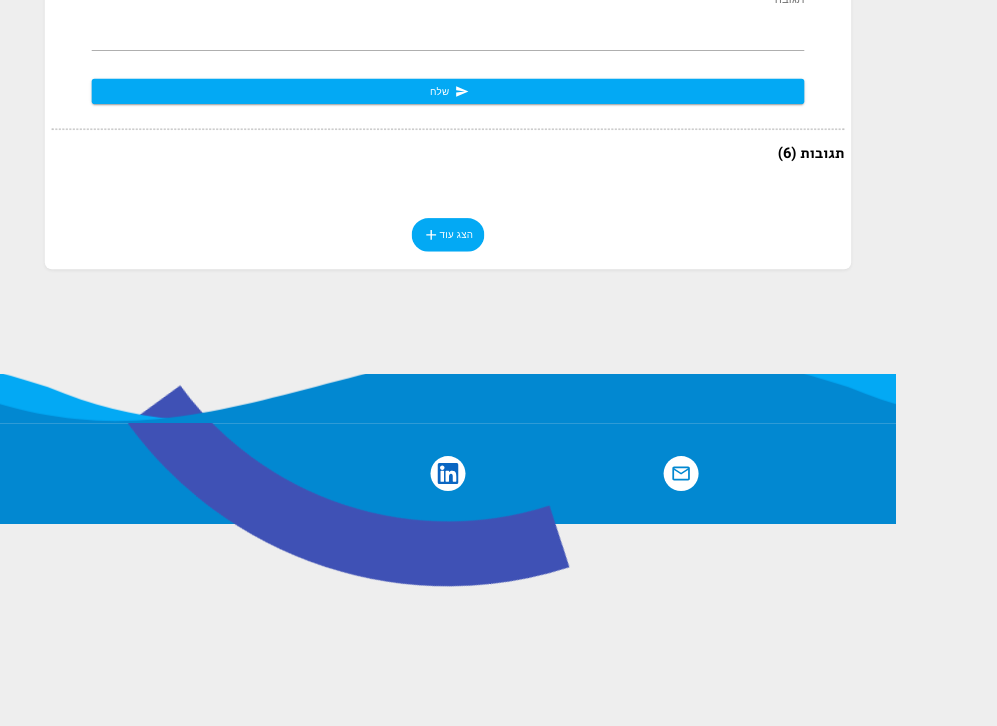
Repository: Ylan-sayada/blog-web-junior
Page: /article/1
An editor plug-in stored every save of this project. The page is shown before and after the next save, followed by the edit.
The browser window is 1280 px wide. The page is 1407 px wide, then 1424 px, so the pictures cover 1424 px, including what lies to the right of the window. The pictures show the part of the page from y = 892 to 2612 px (the page is 1929 px tall before and 2732 px after), at 70% of full size.
The project was rebuilt for these pictures with package versions that can differ from the ones it lists, and the page was loaded fresh each time. Also part of the build but not shown: src/common/mainComponents/Header.tsx, src/utils/isEmail.ts, src/common/vendorComponents/materialUi/input/NewsletterInput.tsx, src/utils/getRect.ts, src/common/mainComponents/Newsletter.tsx, src/common/components/ect/Img.tsx, src/common/components/ect/PreviewArticle.tsx, src/common/mainComponents/ArticleWidgetGenerator.tsx and 5 more.

Above is the page before, as saved 2021-06-04 12:07:15.

### src/App.tsx
import React from 'react';
import { BrowserRouter as Router } from "react-router-dom";
import Main from './common/mainComponents/Main';
import Nav from './common/mainComponents/Nav';
import CounterDay from './common/components/ect/CounterDay'
import Footer from './common/mainComponents/Footer';
import LangContext, { langData } from './utils/LangContext';
import './ressources/scss/index.scss';
import ScrollTop from './common/components/ect/ScrollTop';
function App() {
  let startTime = new Date(2021, 3, 25);
  return (
    <div className="App">
      <header className="App-header">
        <LangContext.Provider value={langData}>
          <Router>
            <ScrollTop />
            <CounterDay
              dateStart={startTime}
              foundWork={false}
            />
            <Nav />
            <Main />
            <Footer />
          </Router>
        </LangContext.Provider>
      </header>
    </div>
  );
}

export default App;

### src/common/mainComponents/Main.tsx
import React from 'react';
import Home from './Home';
import { Switch, Route } from "react-router-dom";
import Blog from './Blog';
import About from './About';
import Article from './Article';
export default function Main(): JSX.Element {

    return (
        <React.Fragment>
            <Switch>
                <Route exact path="/">
                    <Home />
                </Route>

                <Route path="/about">
                    <About />
                </Route>

                <Route path="/blog">
                    <Blog />
                </Route>
                <Route path="/article/:id" >
                    <Article />
                </Route>
            </Switch>
        </React.Fragment>
    )
}

### src/common/components/ect/CounterDay.tsx
import React from 'react'
import countDay from '../../../utils/countDay';

export default function CounterDay(props: { dateStart: Date, foundWork: boolean }) {
    let dayElapsed = countDay(props.dateStart);
    let classState = props.foundWork ? "green" : "yellow";
    //also if the mission is accomplished the counter will continue to count day.
    //to resolve this we should to stock the day that the mission is accomplished
    return (
        <div className={`counter-day ${classState}`}>
            <div>
                <p>{dayElapsed} <br /> <strong>{dayElapsed > 1 ? "ימים" : "יום"}</strong></p>
            </div>

            <div>
                <p dir="rtl">מצב המשימה העיקרית </p>
                <p className="bold">{props.foundWork ? "משימה הושלמה!" : "ממשיכים בהרפתקאות"} </p>
            </div>
        </div>
    )
}

### src/utils/LangContext.ts
import React from 'react'
const LangContext = React.createContext({});
export const langData = {
    "heb":{
        "Home":{
            "ArticleWidgetGenerator" :{
                    "latest":"פוסטים אחרונים",
                    "oldest" : "פוסטים ישנים",
                    "hotest" : "להיטים"
                }
        }
    },
    "eng":{
        "Home":{
            "ArticleWidgetGenerator" :{
                "latest":"פוסטים אחרונים",
                "oldest" : "פוסטים ישנים",
                "hotest" : "להיטים"
                }
        }
    }

};
export const LangProvider = LangContext.Provider;
export const LangConsumer = LangContext.Consumer;
export default LangContext;

### src/ressources/scss/index.scss
@import './helpers/variable.scss';
@import './base/reset.scss';
@import './helpers/fonctions';
@import './helpers/animations.scss';
@import './layout/header.scss';
@import './layout/nav.scss';
@import './layout/footer.scss';
@import './components/CounterDay.scss';
@import './components/RoundedIcone.scss';
@import './components/PreviewArticle.scss';
@import './components/socialIcones.scss';
@import './components/Newsletter.scss';
@import './components/TitleLine.scss';
@import './components/Img.scss';
@import './components/MiniPresentation.scss';
@import './components/Drawer.scss';
@import './components//Article.scss';
@import './base/generalConfig.scss';
@import './components/fineSep.scss';

### src/common/components/ect/ScrollTop.tsx
import { useEffect } from "react";
import { useLocation } from "react-router-dom";

export default function ScrollTop() {
    const { pathname } = useLocation();

    useEffect(() => {
        window.scrollTo(0, 0);
    }, [pathname]);

    return null;
}

### src/common/components/stylised title/TitleLine.tsx
import React from 'react'
import isHebrew from '../../../utils/isHebrew';
import GetTitle from '../ect/GetTitle';
interface ContainChildren<Type>{
    children:Type;
    size:SizeMode
}
type SizeMode = 'very small'| 'small' | 'medium' | 'large' | 'extra large';
export default function TitleLine(props:ContainChildren<string>){
    let initClass = isHebrew(props.children) ? "title-line heb" : "title-line eng";
    let initContent = isHebrew(props.children)?
     <React.Fragment><span className="line"/><span className="content">{props.children}</span></React.Fragment>
     :
     <React.Fragment><span className="content">{props.children}</span><span className="line"/></React.Fragment>

    return (
        <React.Fragment>
            <GetTitle size={props.size} className={initClass}>{initContent}</GetTitle>
        </React.Fragment>
    );
}

### src/common/components/hoc/WithLink.tsx
import React from 'react';
import { Link } from 'react-router-dom';
import isExternal from '../../../utils/isExternal';
declare namespace JSX {

    class ObjectContainsProps<ContainSomething>{
        props:ContainSomething;
    }
}
interface ContainUrl{
    link : string;
}
/**
 * @param El React element we want to add url
 * @param url Url added to the El
 * @returns
 */
function WithLink(El:React.ReactElement,url?:string):React.ReactElement;
/**
 * @param El React element we want to add url should contain link props
 * @returns
 */
function WithLink (El:JSX.ObjectContainsProps<ContainUrl>,url:string=""):React.ReactElement{
    let link = url === "" ? El.props.link : url ;
    let Parent = isExternal(link) ?
    <a href={link} target="_blank" rel="noreferrer">{El}</a>   :   <Link to={link}>{El}</Link>
    return (
        <React.Fragment>
        {Parent}
        </React.Fragment>
    )
}
export default WithLink

### src/common/components/sep/FineSep.tsx
import React from 'react'

export default function FineSep(props: { dashed?: boolean }) {
    return (
        <div className={`fine-sep ${props.dashed ? 'dashed' : ''}`} ></div>
    )
}

### src/common/components/ect/MiniPresentation.tsx
import React from 'react'
import RoundedIcone from './RoundedIcone'

export default function MiniPresentation(props: any) {
    return (
        <div className="mini-presentation">
            <h3 style={{ color: "black" }}>{props.name}</h3>
            <span className="sub-desc">{props.titleDesc}</span>
            <RoundedIcone width="80px" image={props.image} />
            <p>{props.desc}</p>
        </div>
    )
}

### src/utils/countDay.ts
export default function countDay(dateStart:Date,dateEnd?:Date){
    let res = typeof(dateEnd) != 'undefined' ?dateEnd.getTime() - dateStart.getTime() : Date.now() - dateStart.getTime();
    res = (res / (1000*60*60*24));
    return Math.floor(res);
}

### src/ressources/scss/helpers/variable.scss
$base-color:#03A9F4;
$secondary-color:#0288D1;
$text-light-color:#FFFFFF;
$text-dark-color:#212121;
$text-dark-secondary-color:#757575;
$divider-color:#BDBDBD;
$big:1.4rem;
$small:0.8rem;
$nav-height:56px;
$facebook: #097feb;
$twitter:#1c9cea;
$linkedin:#0a66c2;

### src/ressources/scss/helpers/fonctions/index.scss
@import './imgBackground.scss';

### src/ressources/scss/helpers/fonctions/imgBackground.scss
@mixin imgBackground($img){
    background-image: url($img);
    background-repeat: no-repeat;
    background-size: cover;
}

### src/ressources/scss/helpers/animations.scss
@keyframes addedContent{
    0%{
        position: relative;
        top: 0px;
        transform: rotate(0);
    }
    25%{
        top: -15px;
        transform: rotate(10deg);
    }
    50%{
        top: 0px;
        transform: rotate(0);
    }
    75%{
        top: 15px;
        transform: rotate(-10deg);
    }
    100%{
        top: 1px;
        transform: rotate(0);
    }
}
@keyframes opacityTransition {
    from{
        opacity: 0;
    }
    to{
        opacity: 1;
    }
}

### src/ressources/scss/layout/header.scss
.header {
    @include imgBackground('/ressources/img/code.jpg');
    height: calc(100vh - #{$nav-height});
    display: flex;
    justify-content: center;
    width: 100vw;

    .content-header {
        display: flex;
        flex-direction: column;
        justify-content: space-evenly;
        padding: 20px;
        background-color: rgba(255, 255, 255, 0.9);
        align-self: center;
        width: 80%;
        height: 80%;
        h1{
            color: $base-color;
            font-weight: bold;
            font-size: 1.5em;
            text-align: center;
        }
        p{
            text-align: right;
            font-size: 0.9em;
            line-height: 1.2em;
        }
        .header-button{
            width:100%;
            color: $text-light-color;
            background-color: $text-dark-color;
        }

    }
}

### src/ressources/scss/layout/nav.scss
@import '../helpers/variable' ;
.navBar{
    background-color: $base-color;
    color: $text-light-color;
    justify-content: space-between;

    .right-side{
        display: flex;
        align-items:center;
    }
}

### src/ressources/scss/layout/footer.scss
.footer-content {

    .socialIcones {
        align-items: center;
        height: 20vh;
        background-color: $secondary-color;

        a {
            display: flex;
            background-color: white;
            padding: 10px;
            border-radius: 100%;

            &.facebook-icone {
                color: $facebook;
            }

            &.linkedin-icone {
                color: $linkedin;
            }

            &.mail-icone {
                color: $secondary-color;
            }
        }
    }


}

### src/ressources/scss/components/CounterDay.scss
.counter-day{
    display: flex;
    justify-content: space-evenly;
    padding: 5px;

    font-size: $small;
    >div{
        align-self: center;
        text-align: center;
    }
    &.green{
        background-color: green;
        color:$text-light-color;
    }
    &.yellow{
        background-color: yellow;
        color:$text-dark-color;
    }
}

### src/ressources/scss/components/RoundedIcone.scss
.roundedIcone{
    border-radius: 80%;
    background-repeat: no-repeat;
    background-size:contain;
    background-position: center;
}

### src/ressources/scss/components/subDesc.scss
.sub-desc{
    color:$text-dark-secondary-color;
    font-size: $small;
}

### src/ressources/scss/components/socialIcones.scss
@import '../helpers/flexPlacement';
.socialIcones{
    @extend .inlineFlex;
    @extend .equalSpace;
    width:100%;
     & svg{
         width: 30px;
         height:30px;

     }
}

### src/ressources/scss/helpers/flexPlacement.scss
.inlineFlex{
    display: flex;
}
.equalSpace{
    justify-content: space-evenly;
}

### src/ressources/scss/components/Newsletter.scss
.newsletter {
    display: flex;
    flex-direction: column;
    text-align: center;
    padding: 20px 0;
    line-height: 1.5rem;
    >svg {
        background-color: $base-color;
        border-radius: 100%;
        padding: 5px;
        align-self: center;
        fill: $text-light-color;
        font-size: 2.5rem;
        margin: 20px;
    }

    p {
        display: flex;
        align-items: center;
        justify-content: center;



    }

    .newsletter.send {
        justify-content: center;

        .opacityTransition {
            font-weight: bold;
            white-space: nowrap;
            animation: opacityTransition 1s linear;
        }

        .sendSvg {
            margin-right: 30px;
            color: green;
            animation: addedContent 3s linear alternate;
        }
    }

    @import './NewsletterInput.scss';
}

### src/ressources/scss/components/NewsletterInput.scss
@use '../vendors/material-ui/resetInput';

.newsletter-input {
  display: flex;
  justify-content: space-evenly;
  flex-direction: column;

  >* {
    margin: 10px 0;
  }

  label {
    right: 0;
    left: auto;
  }

  @include resetInput.resetInput;
}

### src/ressources/scss/vendors/material-ui/resetInput.scss
@use '../../helpers/variable.scss'as variable;

@mixin resetInput {

    .MuiFormLabel-root.Mui-focused {
        color: variable.$base-color !important;
    }


    .MuiInput-underline::after {
        border-bottom: 2px solid variable.$base-color !important;
    }


    button {
        background-color: variable.$base-color !important;
        color: variable.$text-light-color !important;
    }

}

### src/ressources/scss/components/TitleLine.scss
.title-line {
    display: flex;
    margin: 10px 0;
    .content {
        font-size: 1.2em;
        font-weight: bold;
        flex-grow: 1;
        text-align: center;
    }

    .line {
        flex-grow: 10;
        display: flex;
        align-self: center;
        justify-content: space-around;
    }

    .line::after,
    .line::before {
        content: "";
        display: flex;
        height: 1px;
        width: 50%;
        align-self: baseline;
    }

    &.eng {
        .line::after {
            background-color: #e2e2e2;
        }

        .line::before {
            background: linear-gradient(to right, #bfa279, #e2e2e2);
        }
    }

    &.heb {
        .line::after {
            background: linear-gradient(to left, #bfa279, #e2e2e2);
        }

        .line::before {
            background-color: #e2e2e2;
        }
    }
}

### src/ressources/scss/components/Img.scss
.img-div {
    width: 100vw;
    min-height: 180px;
    height: auto;
    background-size: cover;
}

### src/ressources/scss/components/MiniPresentation.scss
@import './subDesc.scss';
.mini-presentation{
    text-align: center;
    & h1{
        font-weight: bold;
    }
    & .roundedIcone{
        margin: 20px auto;
    }
    & p{
        line-height: 1.4em;
    }
}

### src/ressources/scss/components/Drawer.scss
@import './socialIcones.scss';
.content-drawer{
    overflow-y:scroll;
    padding: 0 5%;
    & >*{
        margin: 0 0 40px 0;
    }
}

### src/ressources/scss/components/MessageInterface.scss
@use './MessageForm.scss'as form;

@mixin messageInterface {
    .message-interface {
        .message {
            margin: 10px 0;
        }
    }

    @include form.messageForm;
}

### src/ressources/scss/components/MessageForm.scss
@use '../vendors/material-ui/resetInput';

@mixin messageForm {
    .add-message-form {
        display: flex;
        flex-direction: column;
        align-items: center;

        >* {
            width: 90%;
            margin: 20px 0;
        }

        label {
            right: 0;
            left: auto;
        }

        @include resetInput.resetInput;
    }
}

### src/ressources/scss/base/generalConfig.scss
@import './typography.scss';

body {
    font-size: 18px;
    overflow-x: hidden;
    min-height: 100vh;
    position: relative;
    font-family: Roboto, Alef;

}

html {
    scroll-behavior: smooth;
}

.bold {
    font-weight: bold;
}

.italic {
    font-style: italic;
}

.only-desktop {
    display: none !important;
}

h1,
h2,
h3,
h4,
h5 {
    &.blue {
        color: $base-color;
    }
}

.header~div:not(.footer) {
    width: 90%;
    margin: 0 auto;
}

.no-scroll {
    height: 100%;
    overflow: hidden;
}

@media only screen and (min-width:1000px) {
    .only-desktop {
        display: initial !important;
    }
}

### src/ressources/scss/base/typography.scss
@font-face {
    font-family: Roboto;
    src: url('../../fonts/Roboto/Roboto-Light.ttf');
}
  @font-face {
    font-family: Roboto;
    src: url('../../fonts/Roboto/Roboto-Bold.ttf');
    font-weight: bold;
  }
  @font-face {
    font-family: Roboto;
    src: url('../../fonts/Roboto/Roboto-Italic.ttf');
    font-style: italic;
}
@font-face {
  font-family: Alef;
  src: url('../../fonts/Alef/Alef-Regular.ttf');
}
@font-face {
  font-family: Alef;
  src: url('../../fonts/Alef/Alef-Bold.ttf');
  font-weight: bold;
}

### src/ressources/scss/components/fineSep.scss
@use '../helpers/variable.scss'as variable;

.fine-sep:not(.dashed) {
    height: 1px;
    width: 100%;
    background-color: variable.$divider-color;
    margin: 20px 0;
}

.fine-sep.dashed {
    border: 1px dashed variable.$divider-color;
}

### src/common/components/ect/RoundedIcone.tsx
import React from 'react';
import WithLink from '../hoc/WithLink'
import isUndefined from '../../../utils/isUndefined';

interface propsIcone {
  customstyle?: React.CSSProperties,
  link?: string,
  width?: number | string,
  image: String | HTMLImageElement,
}

export default function RoundedIcone(props: propsIcone): any {
  let { width, link, image, customstyle } = props;
  let height;
  width = height = isUndefined(width) ? 40 + "px" : width;

  let initialBaseComponent = <div className="roundedIcone" {...props} style={{ ...customstyle, width: width, height: height, backgroundImage: `url(${image})` }}></div>;
  let FinalRes = isUndefined(link) ? initialBaseComponent : WithLink(initialBaseComponent);
  return (
    <React.Fragment>
      {FinalRes}
    </React.Fragment>
  );
}

### src/common/components/ect/MessageInterface.tsx
import React, { useEffect, useState } from 'react'
import MessageForm from '../../vendorComponents/materialUi/input/MessageForm'
import FineSep from '../sep/FineSep';
import AddIcon from '@material-ui/icons/Add';
import ExtendedBtn from '../buttons/ExtendedBtn';
import { CircularProgress } from '@material-ui/core';
import Comments from './Comments';
let msg = { author: "John doe", date: new Date().toLocaleDateString(), msg: " לורם איפסום דולור סיט אמט, קונסקטורר אדיפיסינג אלית לפרומי בלוף קינץ תתיח לרעח. לת צשחמי צש בליא, מנסוטו צמלח לביקו ננבי, צמוקו בלוקריה שיצמה ברורק. קוואזי במר מודוף. אודיפו בלאסטיק מונופץ קליר, בנפת נפקט למסון בלרק - וענוף לפרומי בלוף" }
let msgList = [msg, msg, msg, msg, msg, msg];
let getMsg = async (id?: string) => {
    let result = new Promise((resolve, reject) => {
        setTimeout(() => {
            resolve(msgList);
        }, 60000);
    });
    return await result;
}


export default function MessageInterface() {
    let [comments, setComments] = useState([]);
    useEffect(() => {
        getMsg()
            .then((result: any) => setComments(result));

    }, [])
    console.log(comments);

    return (
        <div className="message-interface">
            <h3>הוסף תגובה</h3>
            <MessageForm action="/api/sendMessage" />
            <FineSep dashed />
            <h3>תגובות (6)  </h3>
            {comments.length === 0 ? <CircularProgress style={{ width: "100%", display: "flex", alignSelf: "center", alignItems: "center", justifyContent: "center" }} /> : comments.filter((comment, index) => index < 3).map((comment, index) => {
                return <Comments comments={comment} key={index} />
            })}
            <div style={{
                display: 'flex', justifyContent: 'center'
            }}>
                < ExtendedBtn customStyle={{ backgroundColor: '#03a9f4', color: '#fff', margin: "20px 0" }}>
                    <span>הצג עוד</span>
                    <AddIcon />
                </ExtendedBtn>
            </div >
        </div >
    )
}

### src/utils/isHebrew.ts
export default function containsHeb(str:string) {
    return (/[\u0590-\u05FF]/).test(str);
}

### src/common/components/ect/GetTitle.tsx
import React from 'react';
type SizeMode = 'very small' | 'small' | 'medium' | 'large' | 'extra large';
export default function GetTitle(props: { size: SizeMode, className: string, children: any }) {
    let { size, className, children } = props;
    let listOfTitle = {
        'very small': <h5 className={className}>{children}</h5>,
        'small': <h4 className={className}>{children}</h4>,
        'medium': <h3 className={className}>{children}</h3>,
        'large': <h2 className={className}>{children}</h2>,
        'extra large': <h1 className={className}>{children}</h1>
    }
    return (
        <React.Fragment>
            {listOfTitle[size]}
        </React.Fragment>
    )
}

### src/utils/isExternal.ts
export default function isExternal(link:string) {
    return (link.split('/')[0] === "https:"? true : false);
}

### src/ressources/scss/components/Wave.scss
.waves {
    position: relative;

    width: 100%;
    max-height: 500px;
    height: auto;
    min-height: 70px;
    overflow: hidden;
    transition: .4s transform ease;
    transform-origin: bottom center;

}

.wave {
    position: absolute;
    bottom: -1px;
    left: 0;
    width: 100%;
    height: 30%;
    animation: wave 3.0s linear infinite;
}

.wave-light {
    z-index: 2;
    color: #0288D1;
}

.wave-dark {
    z-index: 1;
    color: #03A9F4;

    animation-direction: reverse;
}

.water {
    position: absolute;
    bottom: 0;
    left: 0;
    width: 100%;
}

.water svg {
    position: absolute;
    width: 100%;
    left: 0;
    right: 0;
    bottom: 99.9%;
}

.water:first-of-type {
    transform: translate(-100%, 0);
}

svg {
    fill: currentColor;
}

@keyframes wave {
    0% {
        transform: translate3d(0, 1px, 0);
    }


    100% {
        transform: translate3d(100%, 1px, 0);
    }
}

### src/utils/isUndefined.ts
export default function isUndefined(element:any):boolean{
    return typeof element === 'undefined';
}

### src/common/vendorComponents/materialUi/input/MessageForm.tsx
import React from 'react'
import { Button, TextField } from '@material-ui/core';
import SendIcon from '@material-ui/icons/Send';
export default function MessageForm(props: { action: string }) {
    return (
        <form action={props.action} className="add-message-form" >
            <TextField label="שם מלא" />
            <TextField dir="ltr" label="מייל" />
            <TextField
                id="standard-textarea"
                label="תגובה"
                rows="4"
                multiline
            />
            <Button
                dir="ltr"
                type="submit"
                variant="contained"
                endIcon={<SendIcon />}
            >
                שלח
            </Button>
        </form>
    )
}

### src/common/components/buttons/ExtendedBtn.tsx
import React from 'react';
import { Fab } from '@material-ui/core';
import { CSSProperties } from '@material-ui/styles';
export default function ExtendedBtn(props: { customStyle?: CSSProperties, children: any }) {
    return (
        <Fab style={{ ...props.customStyle, boxShadow: 'none' }} variant="extended" aria-label="add">
            {props.children}
        </Fab>
    )
}

Loaded but not shown: public/index.html (common file); src/index.tsx (common file); src/common/mainComponents/Nav.tsx (99 lines, source omitted); src/common/mainComponents/Article.tsx (68 lines, source omitted); src/common/vendorComponents/PersistentDrawer.tsx (86 lines, source omitted); src/common/mainComponents/SocialPanel.tsx (50 lines, source omitted); src/common/vendorComponents/materialUi/input/SearchInput.tsx (61 lines, source omitted); src/ressources/scss/components/Article.scss (74 lines, source omitted); src/common/mainComponents/Wave.tsx (28 lines, source omitted); src/common/mainComponents/Footer.tsx (28 lines, source omitted); src/ressources/scss/components/SocialPanel.scss (61 lines, source omitted); src/ressources/scss/base/reset.scss (55 lines, source omitted); src/ressources/scss/components/PreviewArticle.scss (66 lines, source omitted)

After the next save:
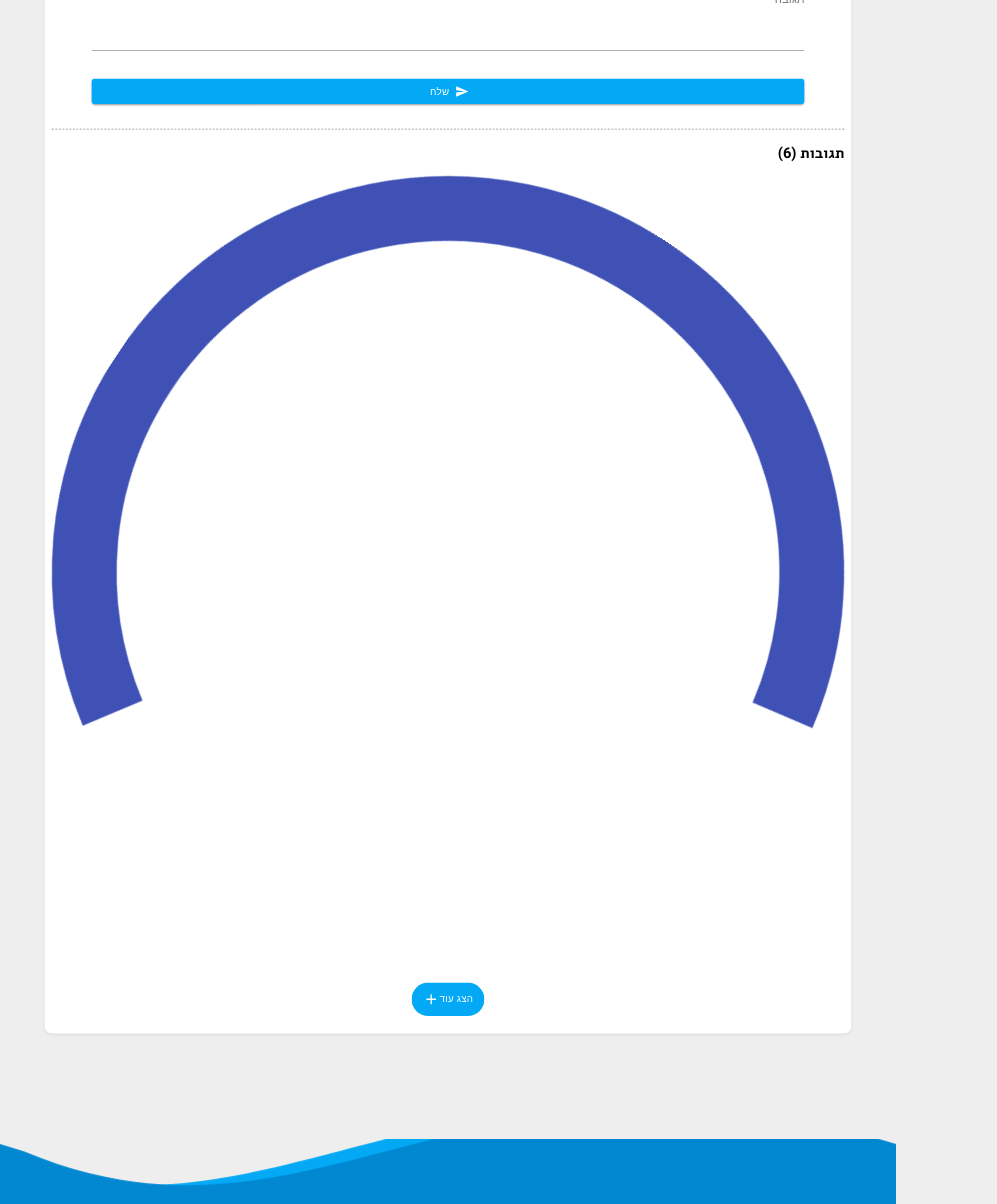
Saved 39 s later.
--- a/src/common/components/ect/MessageInterface.tsx
+++ b/src/common/components/ect/MessageInterface.tsx
@@ -32,7 +32,7 @@ export default function MessageInterface() {
             <MessageForm action="/api/sendMessage" />
             <FineSep dashed />
             <h3>תגובות (6)  </h3>
-            {comments.length === 0 ? <CircularProgress style={{ width: "100%", display: "flex", alignSelf: "center", alignItems: "center", justifyContent: "center" }} /> : comments.filter((comment, index) => index < 3).map((comment, index) => {
+            {comments.length === 0 ? <CircularProgress style={{ height: "auto", width: "100%", display: "flex", alignSelf: "center", alignItems: "center", justifyContent: "center" }} /> : comments.filter((comment, index) => index < 3).map((comment, index) => {
                 return <Comments comments={comment} key={index} />
             })}
             <div style={{
